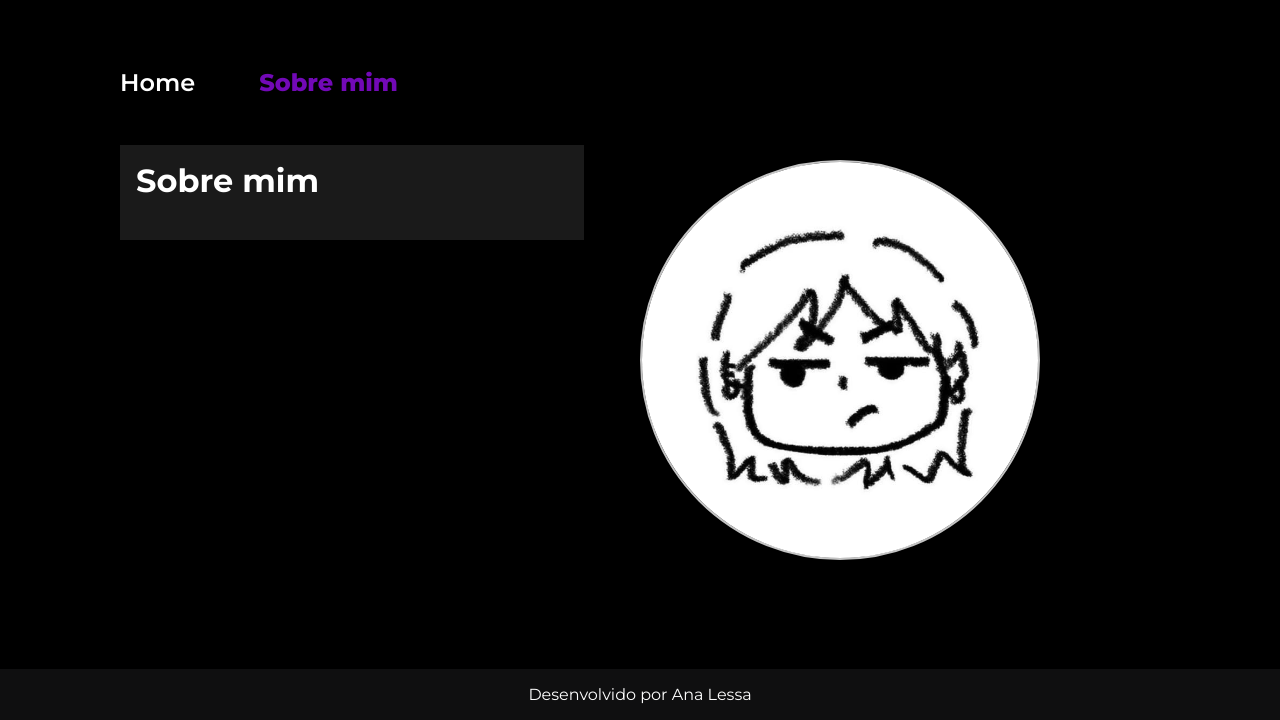
Repository: analessp/portfolio-developer
Page: about-me.html
These files come from the project's save history. The page is drawn as it stood at one moment and after the next save; the edit follows.
The browser window is 1280 px wide. The pictures show the whole page.

Above is the page before, as saved 2025-04-24 11:55:32.

### about-me.html
<!DOCTYPE html>
<html lang="pt-BR">
<head>
    <meta charset="UTF-8">
    <meta name="viewport" content="width=device-width, initial-scale=1.0">
    <title>Sobre mim</title>
    <link rel="stylesheet" href="/style/style.css"
</head>
<body>
    <header>
        <nav>
            <ul class="navbar-list">
                <li>
                    <a href="index.html" class="page">Home</a>
                </li>
                <li>
                    <a href="about-me.html" class="page active">Sobre mim</a>
                </li>
            </ul>
        </nav>
    </header>
    <main>
        <div class="about-me">
            <h1>Sobre mim</h1>
            <p></p>
        </div>
        <img src="/assets/avatar.jfif" alt="Avatar de Ana Lessa" class="logo">
    </main>
    <footer>Desenvolvido por Ana Lessa</footer>
</body>
</html>

### style/style.css
@import url('https://fonts.googleapis.com/css2?family=Montserrat:ital,wght@0,100..900;1,100..900&display=swap');
@import url(/style/about-me.css);

* {
    margin: 0;
    padding: 0;
    box-sizing: border-box;
    font-family: "Montserrat", sans-serif;
}

html, body {
    height: 100%;
    margin: 0;
}

body {
    height: 100vh;
    width: 100%;
    background-color: black;
    color: white;
    display: flex;
    flex-direction: column;
    justify-content: space-between;
}

.navbar-list {
    padding-left: 120px;
    padding-top: 68px;
    display: flex;
    gap: 4rem;
    list-style-type: none;
    color: #7209b7;
    font-weight: 700;
    font-size: 1.5rem;
    margin-bottom: 3rem;
}

.page {
    text-decoration: none;
    color: white;
    font-weight: 600;
}

.active {
    font-weight: 800;
    color: #7209b7;
}

main {
    padding-left: 120px;
    display: flex;
    gap: 10rem;
    align-items: center;
}

.introduce {
    display: flex;
    flex-direction: column;
    gap: 1.5rem;
    width: 40%;
}

.introduce p {
    text-align: justify;
}

.title {
    text-align: center;
}

.title h1 {
    font-size: 3rem;
}

.title h2 {
    font-size: 1.5rem;
    color: #7209b7;
}

.social-links {
    list-style-type: none;
    display: flex;
    flex-direction: column;
    gap: 1.5rem;
    align-items: center;
}

.social-links li {
    border: 2px solid #c3c3c3;
    background-color: rgba(128, 128, 128, 0.454);
    padding: 1rem 0 1rem 0;
    width: 70%;
    text-align: center;
    border-radius: 12px;

&:hover {
    border: 2px solid rgba(128, 128, 128, 0.454);
    background-color: #7209b7;
    transition-duration: 400ms;
    transform: scale(1.1);
  }
}

.social-links a {
    text-decoration: none;
    color: white;
    font-weight: bold;
}

.logo {
    width: 25rem;
    border-radius: 50%;
    border: 2px solid #c3c3c3;
    height: fit-content;
    position: fixed;
    right: 15rem;
    top: 10rem;
}

footer {
    margin-top: auto;
    padding: 1rem 0 1rem 0;
    background-color: rgb(15, 15, 16);
    display: flex;
    flex-direction: column;
    align-items: center;
    gap: 1rem;
    flex-shrink: 0;
}

footer ul {
    display: flex;
    gap: 2rem;
    list-style: none;
    margin-bottom: 1rem;
}

footer a {
    text-decoration: none;
    color: white;
    font-weight: 600;
}

@media only screen and (max-width: 768px) {

    body {
        justify-content: center;
    }

    .navbar-list {
        justify-content: center;
        padding-left: 0;
        padding-top: 40px;
        margin-bottom: 0;
    }

    main {
        height: 100vh;
        margin-top: 0;
        flex-direction: column-reverse;
        padding-left: 0;
        gap: 1rem;
    }

    .introduce {
        justify-content: flex-end;
        width: 80%;
        margin-bottom: 8rem;
    }

    .logo {
        top: 6.5rem;
        width: 18rem;
    }

}

@media only screen and (max-width: 426px) {
    .logo {
        right: 16%;
    }

    .introduce {
        margin-bottom: 3rem;
    }

    .title h1 {
        font-size: 2.5rem;
        margin-bottom: 0.5rem;
    }
}

### style/about-me.css
.about-me {
    background-color: rgba(255, 255, 255, 0.1);
    display: flex;
    flex-direction: column;
    gap: 1.5rem;
    width: 40%;
    text-align: justify;
    padding: 1rem;
}

After the next save:
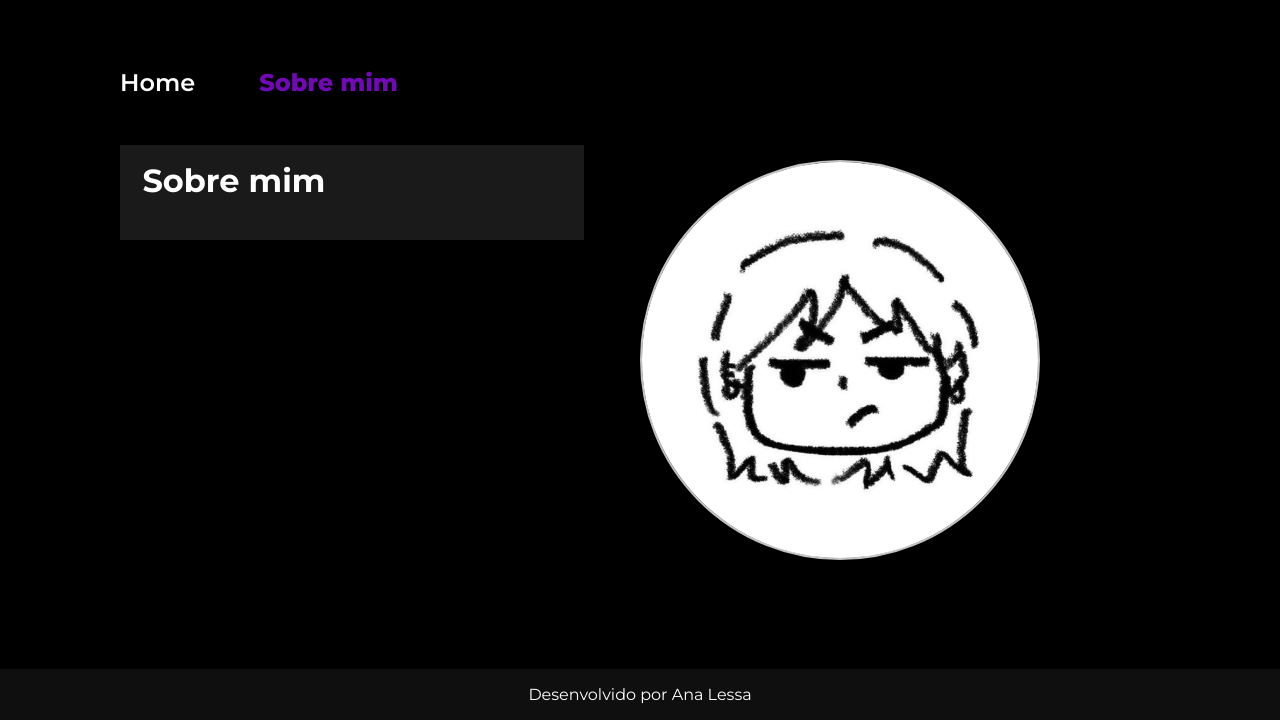
Saved 4 s later.
--- a/style/about-me.css
+++ b/style/about-me.css
@@ -5,5 +5,5 @@
     gap: 1.5rem;
     width: 40%;
     text-align: justify;
-    padding: 1rem;
+    padding: 1rem 1.4rem;
 }
